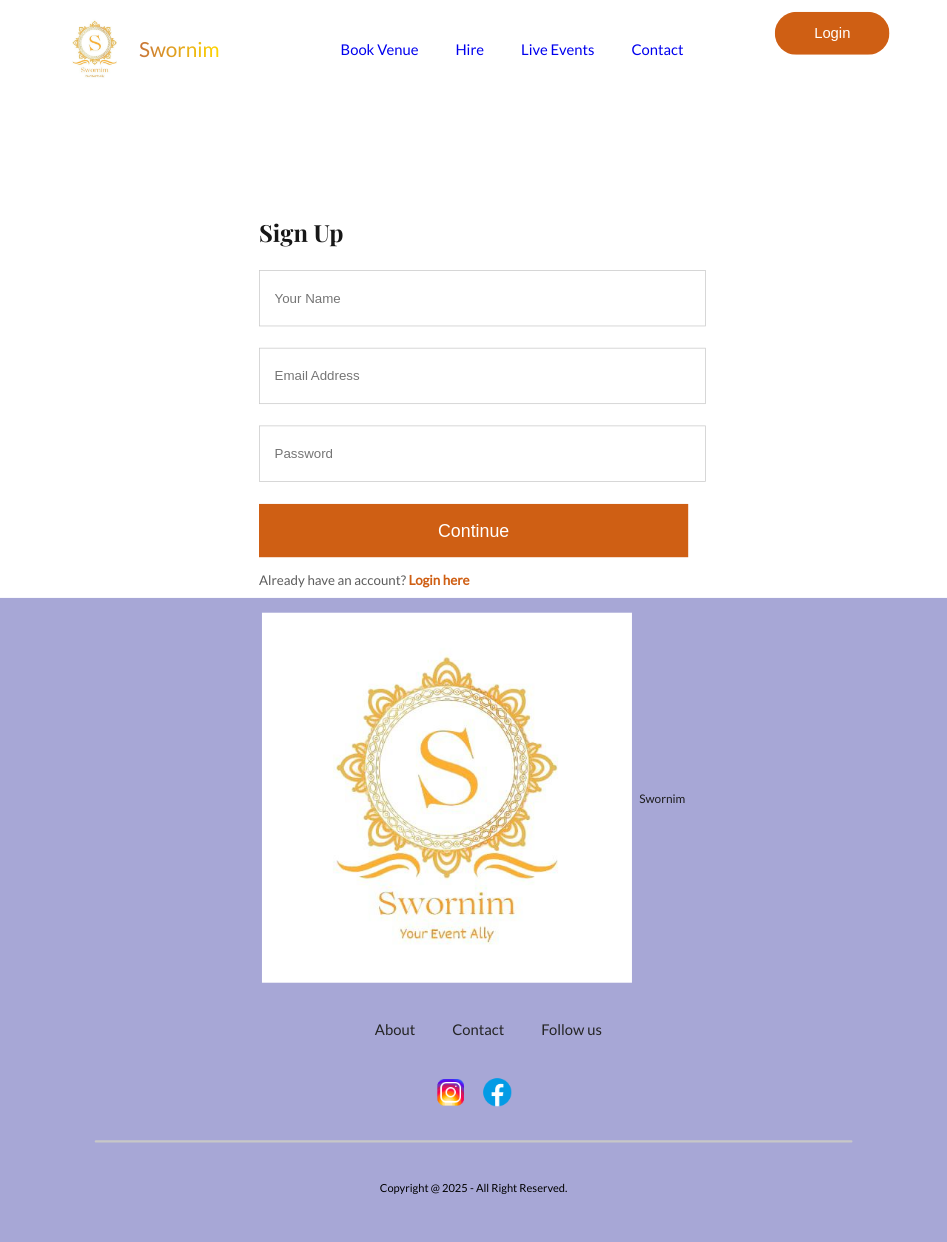
Repository: leonischu/Swornim
Page: /login (app in frontend/)
An editor plug-in stored every save of this project. The page is shown before and after the next save, followed by the edit.
The browser window is 1280 px wide. The pictures show the whole page, at 74% of full size.
The project was rebuilt for these pictures with package versions that can differ from the ones it lists, and the page was loaded fresh each time. Also part of the build but not shown: frontend/src/App.css, frontend/src/Pages/Book.jsx, frontend/src/Pages/Contact.jsx.

Above is the page before, as saved 2025-05-31 15:17:41.

After the next save:
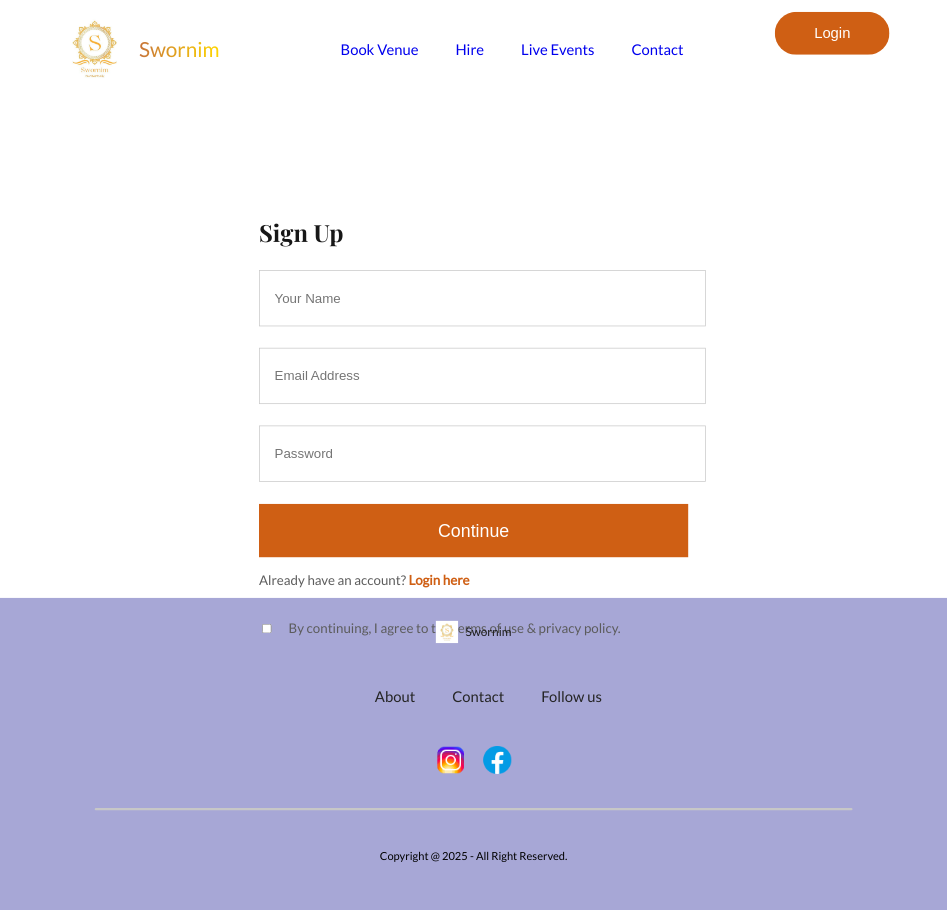
Saved 4 min 31 s later.
--- a/frontend/src/Components/Footer/Footer.css
+++ b/frontend/src/Components/Footer/Footer.css
@@ -13,7 +13,7 @@
     gap: 10px;
 
 }
-.footer-logo img {
+.footer_logo img {
     width: 30px; /* Adjust the width for the image */
     height: auto; /* Maintain aspect ratio */
 }
